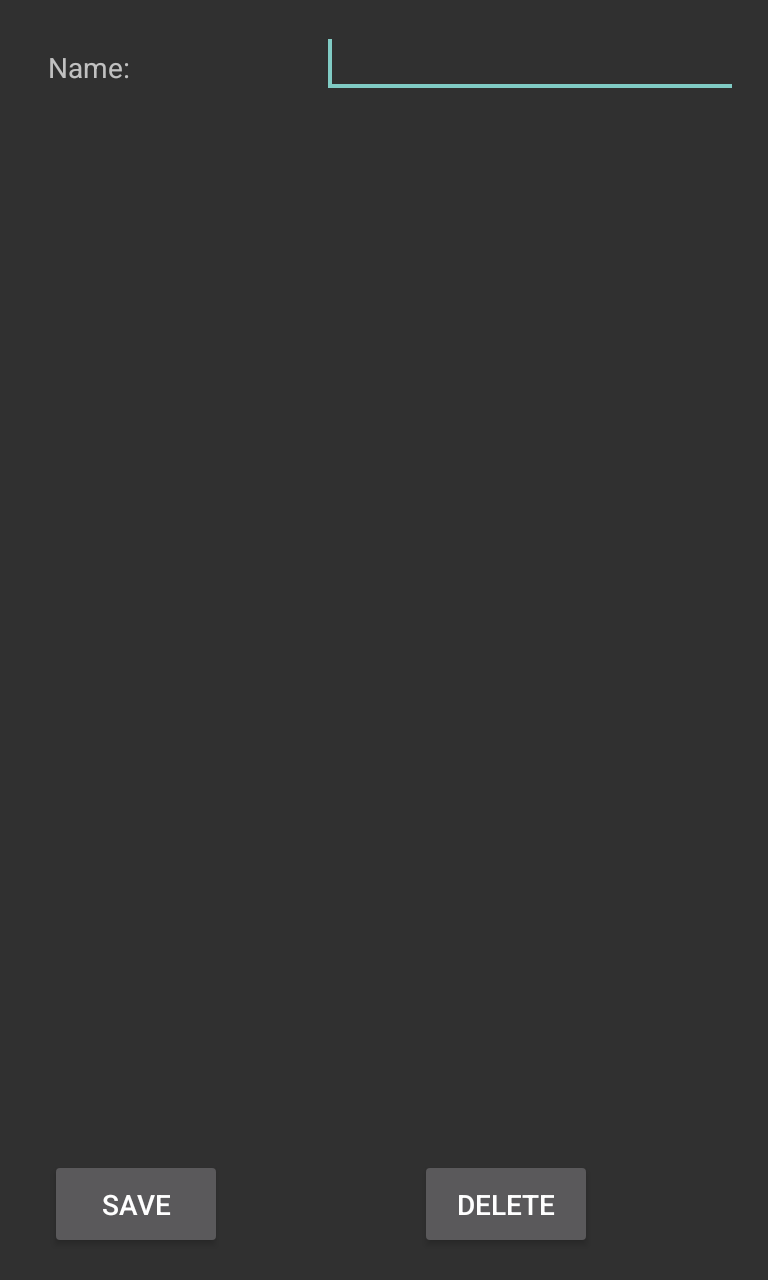
Repository: qfornaguera/AppQuelogy
Layout: AppQueology/res/layout/activity_artifact.xml
The author's editor kept a copy of each file at every save. The layout is drawn from the files as they stood at one save, then again after the next save.
It is drawn on a 768 x 1280 px phone screen (xhdpi) without system bars, with theme Theme.AppCompat; the app's code is not run.

Above is the layout before, as saved 2014-04-06 18:00:48.

### AppQueology/res/layout/activity_artifact.xml
<RelativeLayout xmlns:android="http://schemas.android.com/apk/res/android"
    xmlns:tools="http://schemas.android.com/tools"
    android:id="@+id/container"
    android:layout_width="match_parent"
    android:layout_height="match_parent"
    tools:context="com.example.appqueology.ArtifactActivity"
    tools:ignore="MergeRootFrame" >

    <EditText
        android:id="@+id/editText1"
        android:layout_width="wrap_content"
        android:layout_height="wrap_content"
        android:layout_alignBaseline="@+id/textView1"
        android:layout_alignBottom="@+id/textView1"
        android:layout_alignParentRight="true"
        android:layout_marginRight="14dp"
        android:ems="10" >

        <requestFocus />
    </EditText>

    <TextView
        android:id="@+id/textView1"
        android:layout_width="wrap_content"
        android:layout_height="wrap_content"
        android:layout_alignParentLeft="true"
        android:layout_alignParentTop="true"
        android:layout_marginLeft="24dp"
        android:layout_marginTop="24dp"
        android:text="Name: " />

    <Button
        android:id="@+id/save"
        android:layout_width="wrap_content"
        android:layout_height="wrap_content"
        android:layout_alignLeft="@+id/textView1"
        android:layout_alignParentBottom="true"
        android:layout_marginBottom="14dp"
        android:text="Save" />

    <Button
        android:id="@+id/delete"
        android:layout_width="wrap_content"
        android:layout_height="wrap_content"
        android:layout_alignBaseline="@+id/save"
        android:layout_alignBottom="@+id/save"
        android:layout_alignLeft="@+id/editText1"
        android:layout_marginLeft="49dp"
        android:text="Delete" />

</RelativeLayout>

After the next save:
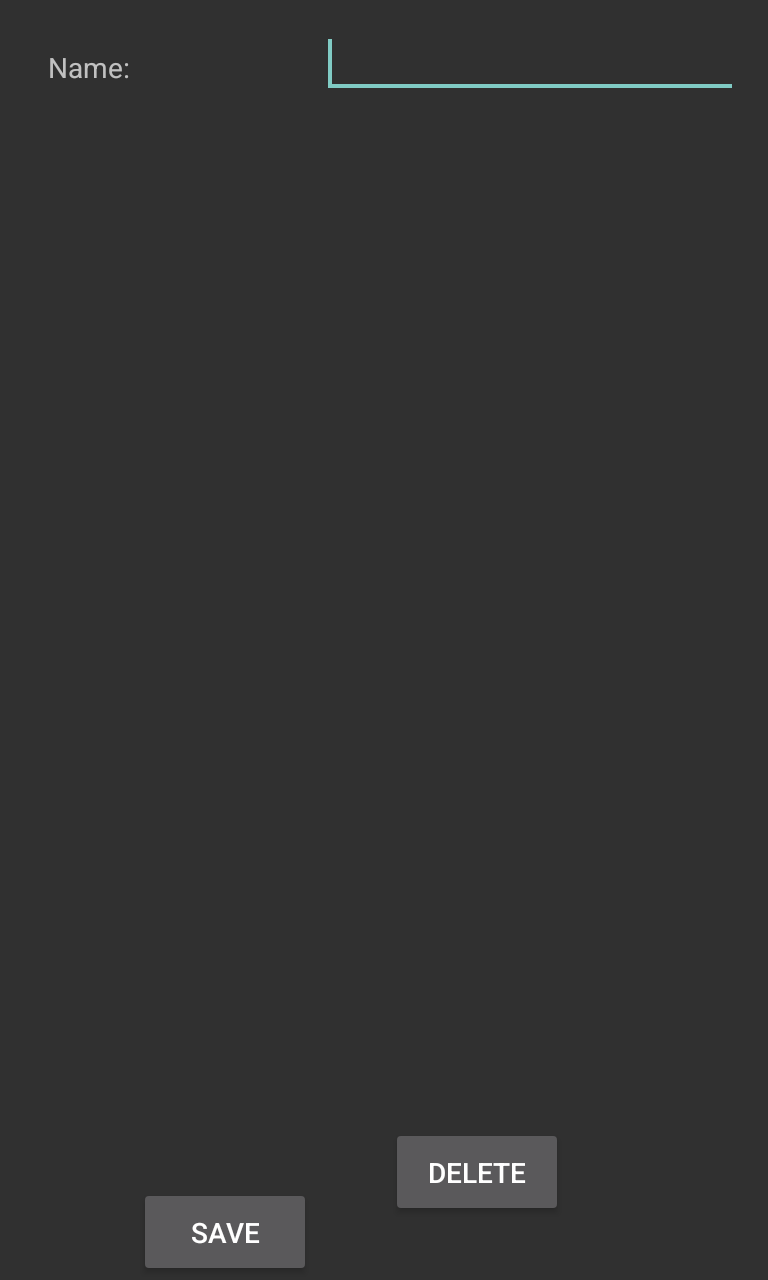
Saved 37 s later.
--- a/AppQueology/res/layout/activity_artifact.xml
+++ b/AppQueology/res/layout/activity_artifact.xml
@@ -1,8 +1,8 @@
 <RelativeLayout xmlns:android="http://schemas.android.com/apk/res/android"
     xmlns:tools="http://schemas.android.com/tools"
     android:id="@+id/container"
-    android:layout_width="match_parent"
-    android:layout_height="match_parent"
+    android:layout_width="wrap_content"
+    android:layout_height="wrap_content"
     tools:context="com.example.appqueology.ArtifactActivity"
     tools:ignore="MergeRootFrame" >
 
@@ -33,19 +33,18 @@
         android:id="@+id/save"
         android:layout_width="wrap_content"
         android:layout_height="wrap_content"
-        android:layout_alignLeft="@+id/textView1"
         android:layout_alignParentBottom="true"
-        android:layout_marginBottom="14dp"
+        android:layout_toRightOf="@+id/textView1"
         android:text="Save" />
 
     <Button
         android:id="@+id/delete"
         android:layout_width="wrap_content"
         android:layout_height="wrap_content"
-        android:layout_alignBaseline="@+id/save"
-        android:layout_alignBottom="@+id/save"
-        android:layout_alignLeft="@+id/editText1"
-        android:layout_marginLeft="49dp"
+        android:layout_alignParentBottom="true"
+        android:layout_marginBottom="30dp"
+        android:layout_marginLeft="38dp"
+        android:layout_toRightOf="@+id/save"
         android:text="Delete" />
 
 </RelativeLayout>
